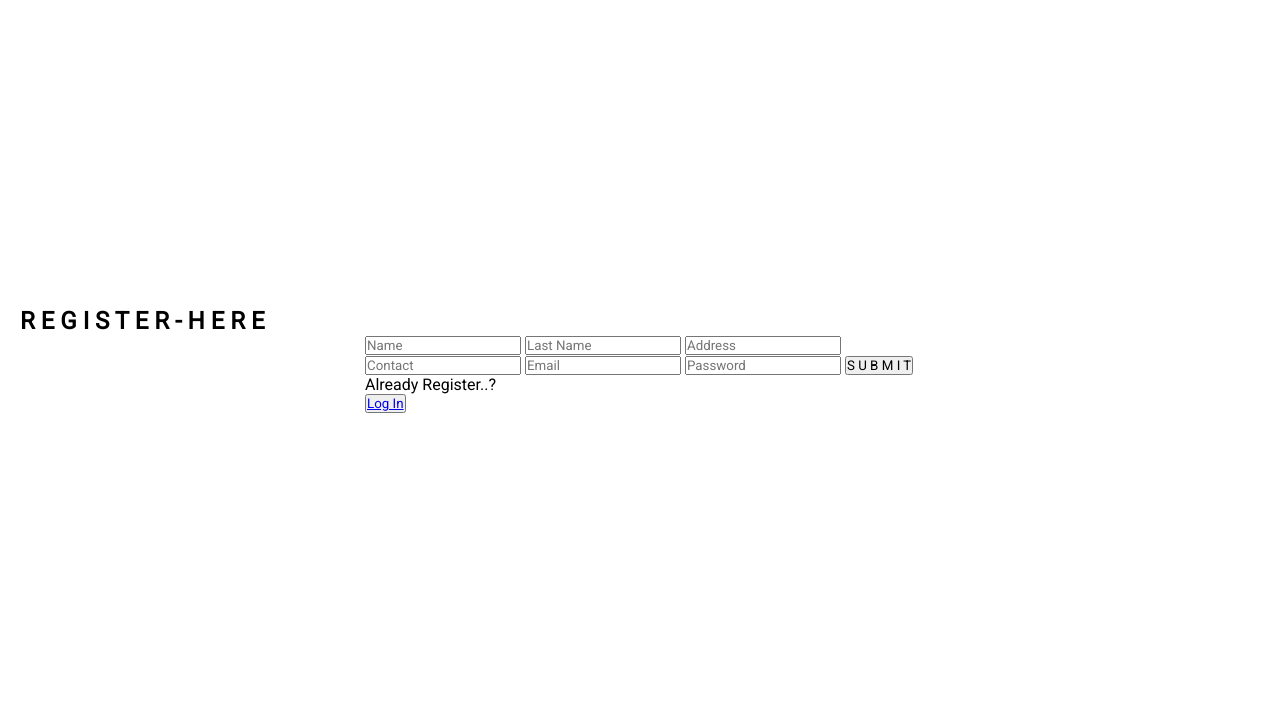
Repository: Krushna26nk/WebApplication
Page: http://localhost/Application/
An editor plug-in stored every save of this project. The page is shown before and after the next save, followed by the edit.
The browser window is 1280 px wide. The pictures show the whole page.
The page is served by Tomcat 9. Other server files are loaded and not shown.

Above is the page before, as saved 2019-05-31 13:13:24.

### web/Application/WebContent/RegisterData.jsp
<%@ page language="java" contentType="text/html; charset=UTF-8"
    pageEncoding="UTF-8"%>
<!DOCTYPE html PUBLIC "-//W3C//DTD HTML 4.01 Transitional//EN" "http://www.w3.org/TR/html4/loose.dtd">
<html>
<head>
<meta http-equiv="Content-Type" content="text/html; charset=UTF-8">
<link rel="stylesheet" type="text/css" href="Style.css">
<title>Insert title here</title>
</head>
<body bg="blur.jpg">
<div class="regDiv">
	<h2> R E G I S T E R - H E R E </h2>
<div class="formDiv">
	<form class="form" action="Registration" style="align:middle;">
				 <div class="inputFields">

					  	<input type="text" id="firstName" placeholder="Name" name="uname">

				 	  	<input type="text" id="lastName" placeholder="Last Name" name="lname">

				  	   	<input type="text" id="userAddress" placeholder="Address" name="address">

				  		<input type="number" id="contactNo" placeholder="Contact" name="contact">

				  		<input type="email" id="emailId" placeholder="Email" name="email">

				  		<input type="password" id="userPassword" placeholder="Password" name="pass">


		 	<input type="submit" value="S U B M I T">
		 </div>
	</form>
	<p> Already Register..?  </p>
		<button type="button"><a href="Login.jsp"> Log In </a></button>

</div>

</div>


<script type="text/javascript">
	var userFName = document.getElementById("firstName");
	var userLName = document.getElementById("lastName");
	var userAddr = document.getElementById("userAddress");
	var contct = document.getElementById("contactNo");
	var emailId = document.getElementById("emailId");
	var userPass = document.getElementById("userPassword");
</script>


</body>
</html>

### web/Application/WebContent/Style.css
@CHARSET "UTF-8";
@import url('https://fonts.googleapis.com/css?family=Roboto');
*{
	margin:0;
	padding:0;
	box-sizing: border-box;
	outline:none;
	font-family: 'Roboto', sans-serif;
}

.regDiv{
	position:absolute;
	top:50%;
	transform:translateY(-50%);
	width:100%;
	padding:0px 20px;

}
.formDiv{
	max-width:550px;
	margin:0 auto;
}

After the next save:
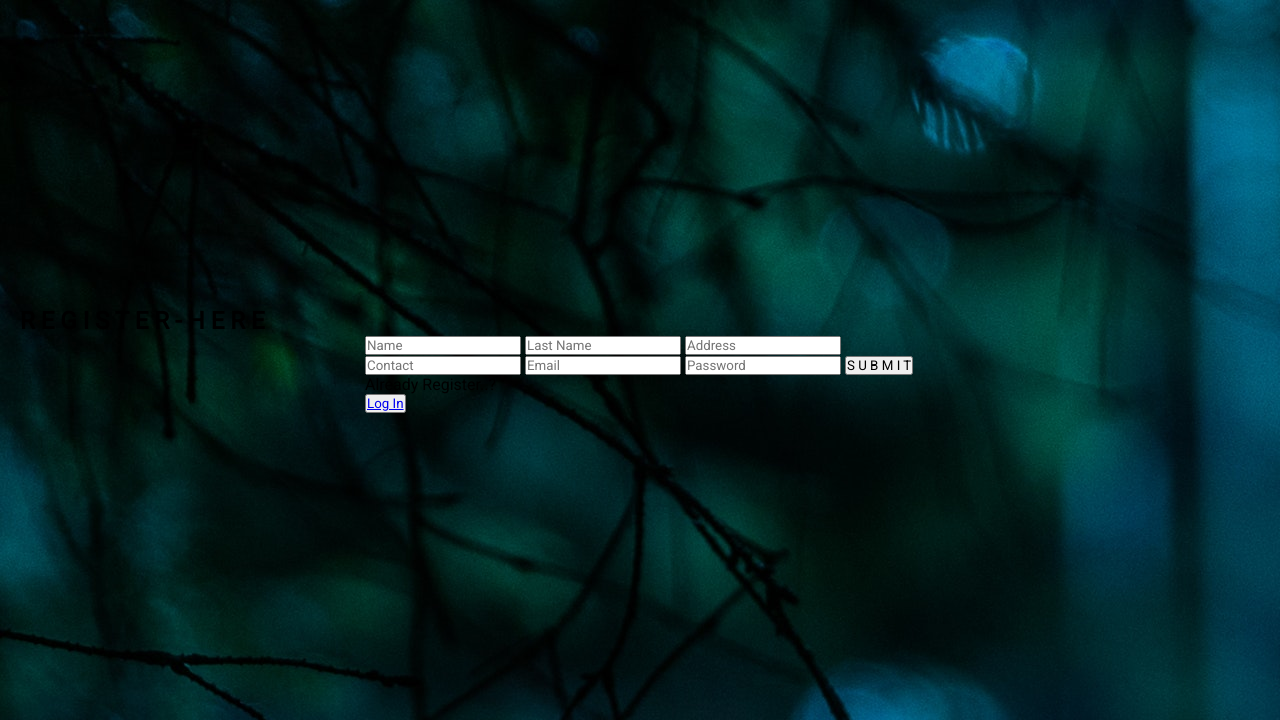
Saved 70 s later.
--- a/web/Application/WebContent/Style.css
+++ b/web/Application/WebContent/Style.css
@@ -6,6 +6,9 @@
 	box-sizing: border-box;
 	outline:none;
 	font-family: 'Roboto', sans-serif;
+}
+body{
+	background-image: url("blur.jpg");
 }
 
 .regDiv{
